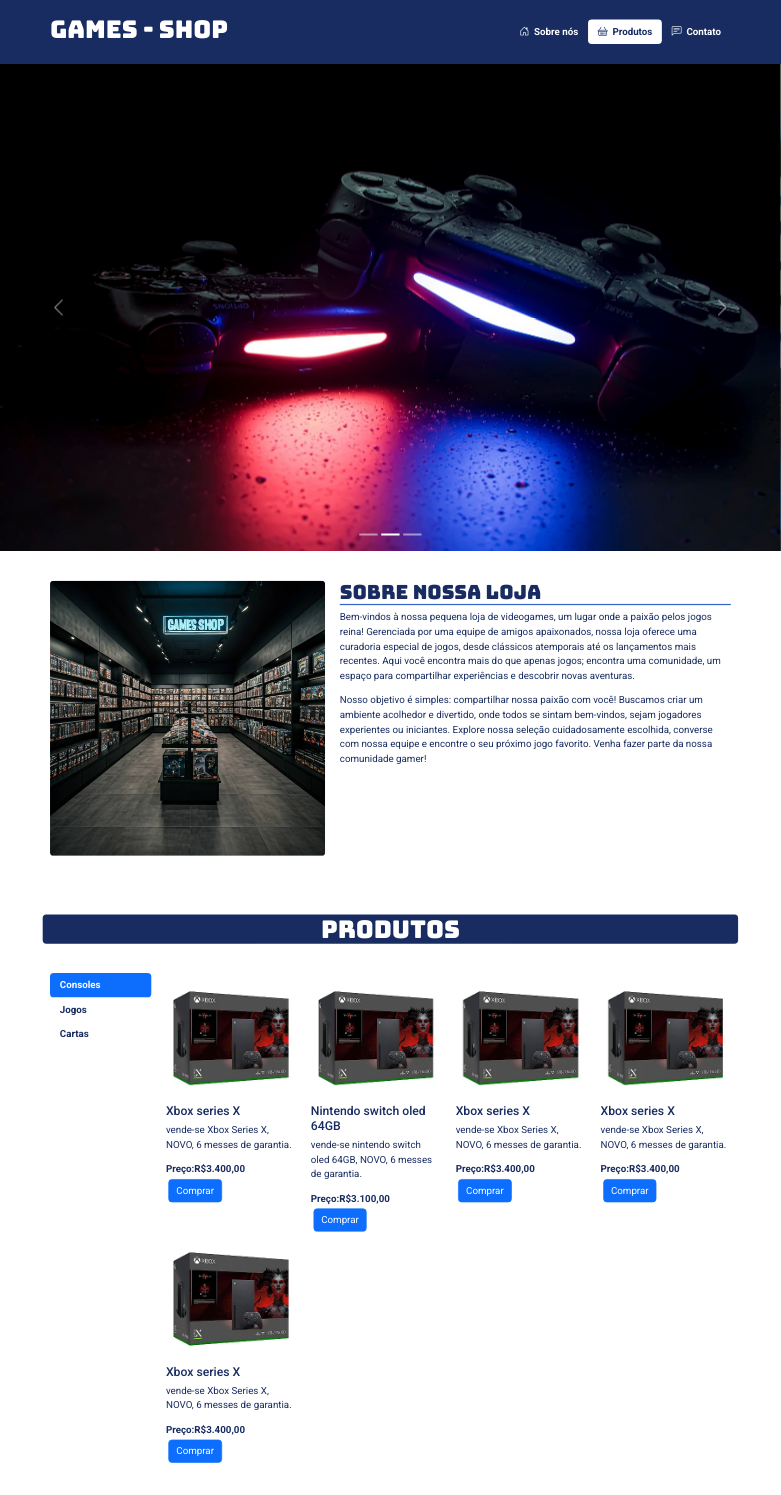
Repository: MatiasBrighent/GamesShop-Bootstrap
Page: index.html
An editor plug-in stored every save of this project. The page is shown before and after the next save, followed by the edit.
The browser window is 1280 px wide. The pictures show the whole page, at 61% of full size.

Above is the page before, as saved 2025-06-20 15:21:46.

### index.html
<!DOCTYPE html>
<html lang="en">
<head>
    <meta charset="UTF-8">
    <meta name="viewport" content="width=device-width, initial-scale=1.0">
    <title>Games - Shop</title>
    <link rel="stylesheet" href="https://cdn.jsdelivr.net/npm/bootstrap@5.3.7/dist/css/bootstrap.min.css">
    <link rel="stylesheet" href="https://cdn.jsdelivr.net/npm/bootstrap-icons@1.13.1/font/bootstrap-icons.min.css">
    <link rel="preconnect" href="https://fonts.googleapis.com">
    <link rel="preconnect" href="https://fonts.gstatic.com" crossorigin>
    <link href="https://fonts.googleapis.com/css2?family=Bungee&family=Roboto:ital,wght@0,100..900;1,100..900&display=swap" rel="stylesheet">
    <link rel="stylesheet" href="style.css">
</head>
<body>
    <header class="navbar navbar-expand-lg  sticky-top p-4" id="header">
        <div class="container">
            <h1>Games - Shop</h1>
            <button type="button" class="navbar-toggler" data-bs-toggle="collapse" data-bs-target="#menu-nav">
                <span class="navbar-toggler-icon text-colored"></span>
            </button>
            <nav id="menu-nav" class="navbar-collapse collapse justify-content-end">
                <ul class="nav nav-pills d-block d-md-flex ">
                    <li class="nav-item fw-bold ">
                        <a class="nav-link " href="#sobre">
                            <i class="bi bi-house-door me-1"></i>
                            Sobre nós
                        </a>
                    </li>
                    <li  class="nav-item fw-bold">
                        <a class="nav-link" href="#produtos">
                            <i class="bi bi-basket me-1"></i>
                            Produtos
                        </a>
                    </li>
                    <li  class="nav-item fw-bold">
                        <a class="nav-link" href="#">
                            <i class="bi bi-chat-left-text me-1"></i>
                            Contato
                        </a>
                    </li>
            </nav>
        </div>
    </header>
    <div data-bs-spy="scroll" data-bs-target="header" data-bs-smooth-scrool="true">
        <section id="sobre">
            <div class="carousel slide" data-bs-ride="carousel" id="carousel">
                <div class="carousel-inner">
                    <div class="carousel-item active" data-bs-interval="3000">
                        <img class="w-100 " src="./images/slide/gameplay.jpg" alt="Gameplay de GTA V">
                    </div>
                    <div class="carousel-item active" data-bs-interval="3000">
                        <img class="w-100 " src="./images/slide/teclado+controle.jpg" alt="Teclado e um controle">
                    </div>
                    <div class="carousel-item active" data-bs-interval="3000">
                        <img class="w-100 " src="./images/slide/controles.jpg" alt="Dois controles de PS4">
                    </div>
                </div>
                <button type="button" class="carousel-control-prev" data-bs-target="#carousel" data-bs-slide="prev">
                    <span class="carousel-control-prev-icon"></span>
                </button>
                <button type="button" class="carousel-control-next" data-bs-target="#carousel" data-bs-slide="next">
                    <span class="carousel-control-next-icon"></span>
                </button>
                <div class="carousel-indicators">
                    <button type="button" data-bs-target="#carousel" data-bs-slide-to="0" class="active"></button>
                    <button type="button" data-bs-target="#carousel" data-bs-slide-to="1"></button>
                    <button type="button" data-bs-target="#carousel" data-bs-slide-to="2"></button>
                </div>
            </div>
            <div class="pt-5 pb-5">
                <div class="container">
                    <div class="row">
                        <div class="col-md-5">
                            <img src="images/Games-Shop.jpg" class="d-block w-100 rounded" alt="foto da nossa loja">
                        </div>
                        <div class="col-md-7 ">
                            <h2 class=" title  mt-md-0 text-colored">Sobre nossa loja</h2>
                            <p class="text-colored">
                                Bem-vindos à nossa pequena loja de videogames, um lugar onde a paixão pelos jogos reina! Gerenciada por uma equipe de amigos apaixonados, nossa loja oferece uma curadoria especial de jogos, desde clássicos atemporais até os lançamentos mais recentes. Aqui você encontra mais do que apenas jogos; encontra uma comunidade, um espaço para compartilhar experiências e descobrir novas aventuras.
                            </p>
                            <p class="text-colored">
                                Nosso objetivo é simples: compartilhar nossa paixão com você! Buscamos criar um ambiente acolhedor e divertido, onde todos se sintam bem-vindos, sejam jogadores experientes ou iniciantes. Explore nossa seleção cuidadosamente escolhida, converse com nossa equipe e encontre o seu próximo jogo favorito. Venha fazer parte da nossa comunidade gamer!
                            </p>
                        </div>
                    </div>
                </div>
            </div>
        </section>
        <section id="produtos" class="pt-5 pb-5">
            <div class="container">
                <div class="row">
                    <h1 class="section-title text-center mb-5 rounded">Produtos</h1>
                </div>
                <div class="row">
                    <aside class="col-md-2">
                        <nav class="nav nav-pills flex-column nav-cadarpio">
                            <button type="button" data-bs-toggle="tab" data-bs-target="#" class="fw-bold text-start nav-link text-colored active">Consoles</button>
                            <button type="button" data-bs-toggle="tab" data-bs-target="#" class="fw-bold text-start nav-link text-colored">Jogos</button>
                            <button type="button" data-bs-toggle="tab" data-bs-target="#" class="fw-bold text-start nav-link text-colored">Cartas</button>
                        </nav>
                    </aside>
                    <div class="col-md-10">
                        <div class="tab-content">
                            <div class="tab-pane active" id="consoles">
                                <div class="row">
                                    <div class="col-md-3 text-colored">
                                        <img src="./images/produtos/consoles/Series X.webp" alt="Xbox Series X" class="img-fluid rounded">
                                        <h5>Xbox series X</h5>
                                        <p>
                                            vende-se Xbox Series X, NOVO, 6 messes de garantia.
                                        </p>
                                        <strong>Preço:R$3.400,00</strong>
                                        <div class="">
                                            <button type="button" class="btn btn-primary m-1">Comprar</button>
                                        </div>
                                    </div>
                                    <div class="col-md-3 text-colored">
                                        <img src="./images/produtos/consoles/Series X.webp" alt="Nintendo switch oled 64GB" class="img-fluid rounded">
                                        <h5>Nintendo switch oled 64GB</h5>
                                        <p>
                                            vende-se nintendo switch  oled 64GB, NOVO, 6 messes de garantia.
                                        </p>
                                        <strong>Preço:R$3.100,00</strong>
                                        <div class="">
                                            <button type="button" class="btn btn-primary m-1">Comprar</button>
                                        </div>
                                    </div>
                                    <div class="col-md-3 text-colored">
                                        <img src="./images/produtos/consoles/Series X.webp" alt="Xbox Series X" class="img-fluid rounded">
                                        <h5>Xbox series X</h5>
                                        <p>
                                            vende-se Xbox Series X, NOVO, 6 messes de garantia.
                                        </p>
                                        <strong>Preço:R$3.400,00</strong>
                                        <div class="">
                                            <button type="button" class="btn btn-primary m-1">Comprar</button>
                                        </div>
                                    </div>
                                    <div class="col-md-3 text-colored">
                                        <img src="./images/produtos/consoles/Series X.webp" alt="Xbox Series X" class="img-fluid rounded">
                                        <h5>Xbox series X</h5>
                                        <p>
                                            vende-se Xbox Series X, NOVO, 6 messes de garantia.
                                        </p>
                                        <strong>Preço:R$3.400,00</strong>
                                        <div class="">
                                            <button type="button" class="btn btn-primary m-1">Comprar</button>
                                        </div>
                                    </div>
                                    <div class="col-md-3 text-colored">
                                        <img src="./images/produtos/consoles/Series X.webp" alt="Xbox Series X" class="img-fluid rounded">
                                        <h5>Xbox series X</h5>
                                        <p>
                                            vende-se Xbox Series X, NOVO, 6 messes de garantia.
                                        </p>
                                        <strong>Preço:R$3.400,00</strong>
                                        <div class="">
                                            <button type="button" class="btn btn-primary m-1">Comprar</button>
                                        </div>
                                    </div>
                                </div>
                            </div>
                        </div>
                    </div>
                </div>

            </div>
        </section>

    </div>

    <script src="https://cdn.jsdelivr.net/npm/bootstrap@5.3.7/dist/js/bootstrap.bundle.min.js"></script>
</body>
</html>

### style.css
body{
    font-family: Roboto, sans-serif;
}

header h1{
    font-family: Bungee;
    color: #fff;
}

.section-title{
    font-family: Bungee;
    color: #fff;
    background-color: #182c61;
}

.title{
    font-family: Bungee;
    color: #182c61;
    border-bottom: 2px solid #3564ca;
}

.text-colored{
    color: #182c61;
}


#header{
    background-color: #182c61;
}

#header .nav .nav-link.active{
    background-color: #fff;
    color: #182c61;
}

#header .nav .nav-link,
#header h1{
    color: #fff;
}

.navbar-toggler{
    background-color: #fff;
}

.carousel-item img{
    height: 800px;
}

After the next save:
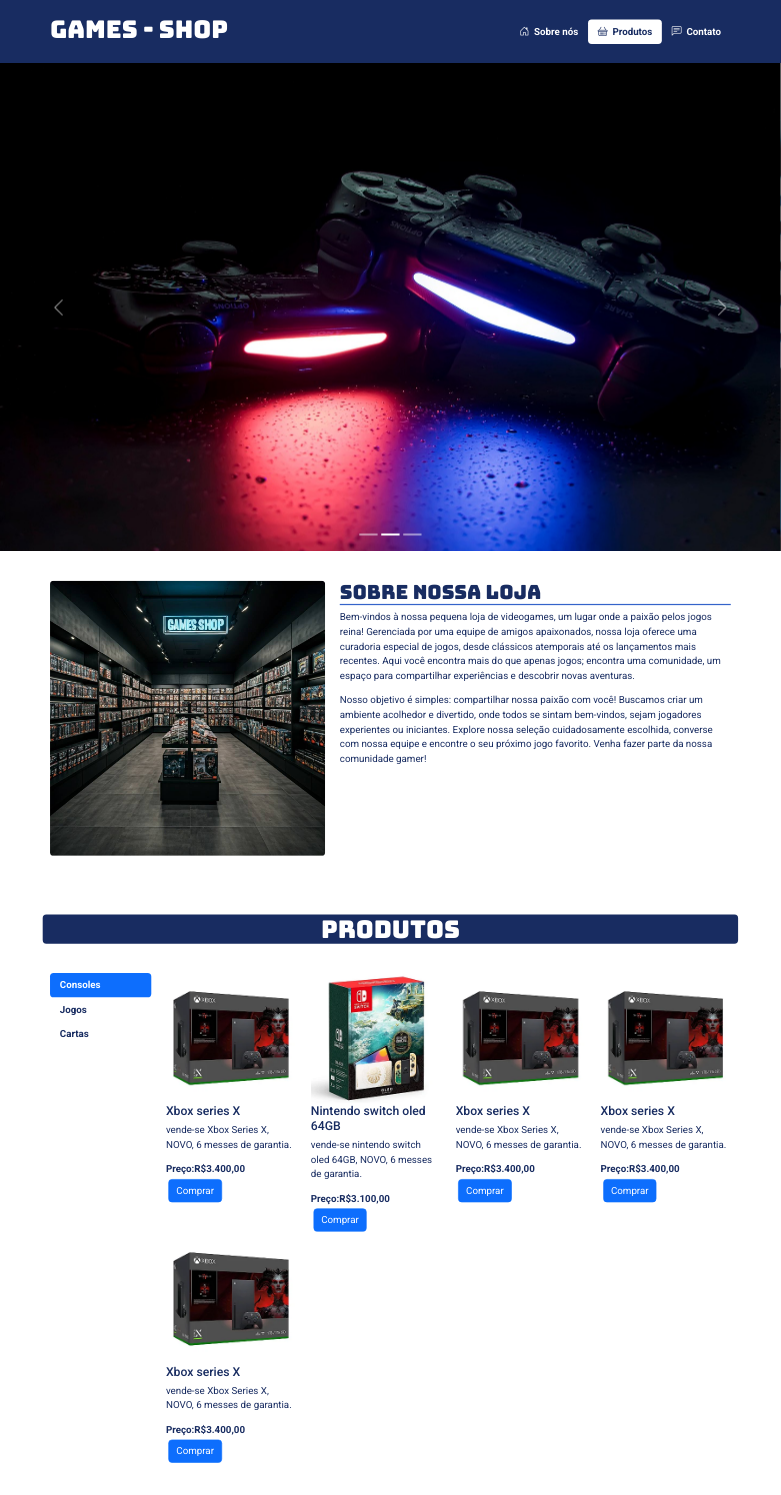
Saved 16 s later.
--- a/index.html
+++ b/index.html
@@ -115,7 +115,7 @@
                                         </div>
                                     </div>
                                     <div class="col-md-3 text-colored">
-                                        <img src="./images/produtos/consoles/Series X.webp" alt="Nintendo switch oled 64GB" class="img-fluid rounded">
+                                        <img src="./images/produtos/consoles/switch.webp" alt="Nintendo switch oled 64GB" class="img-fluid rounded">
                                         <h5>Nintendo switch oled 64GB</h5>
                                         <p>
                                             vende-se nintendo switch  oled 64GB, NOVO, 6 messes de garantia.
